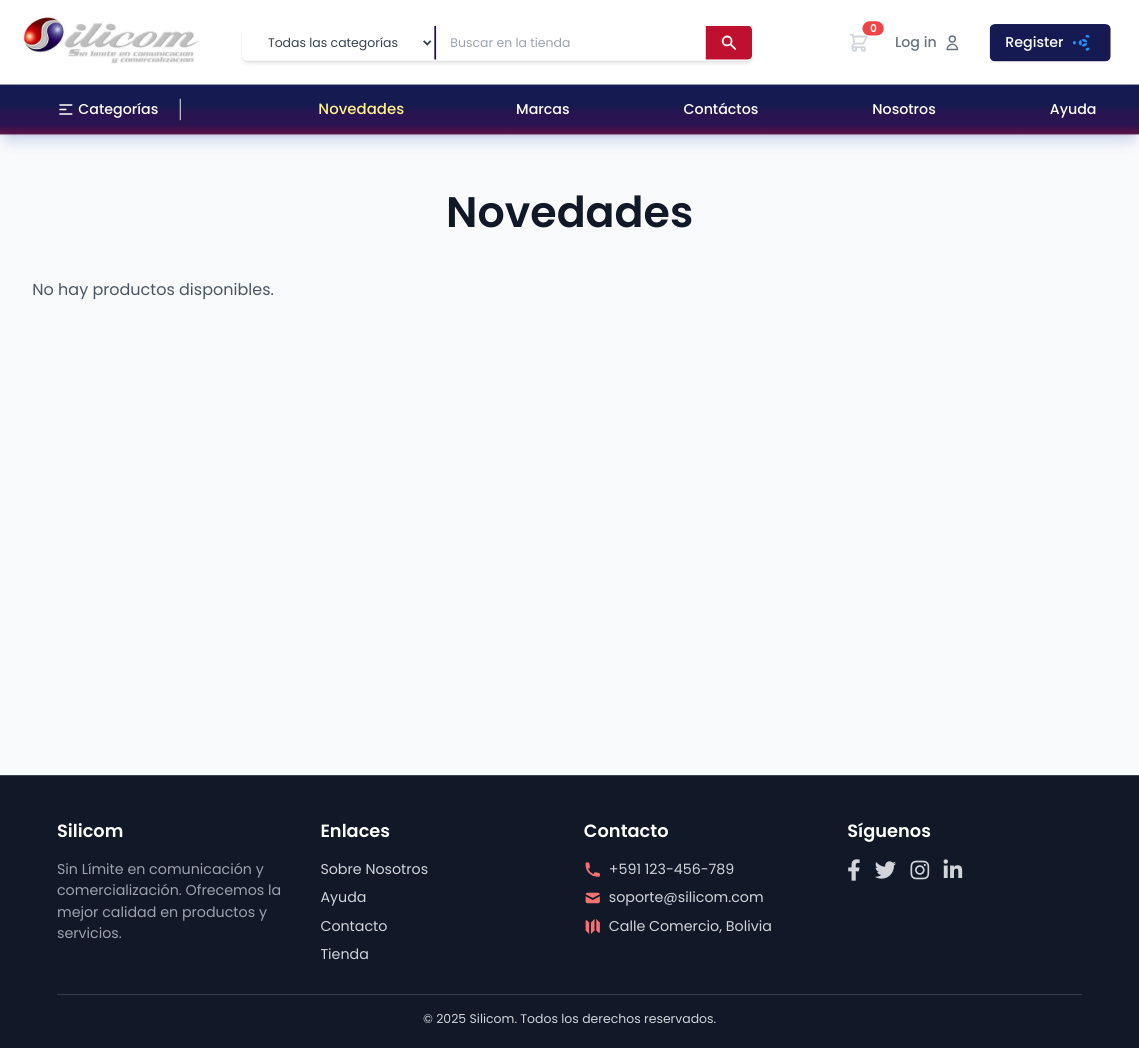
Repository: Francovg18/ecommerce
Page: /news
The author's editor kept a copy of each file at every save. The page is drawn from the files as they stood at one save, then again after the next save.
The browser window is 1280 px wide. The pictures show the whole page, at 89% of full size.
The page's requests for data from a server got no answer. The project was rebuilt for these pictures with package versions that can differ from the ones it lists, and the page was loaded fresh each time. No one was signed in, and anything a server would have sent is missing. Also part of the build but not shown: src/components/home/Banner.js, src/components/home/ProductsArrival.js, src/components/home/ProductsSold.js, src/redux/actions/brands.js, src/components/home/Brand.js, src/components/home/Product.js, src/containers/Home.jsx, src/containers/errors/Error404.jsx and 39 more.

Above is the page before, as saved 2025-01-29 20:41:13.

After the next save:
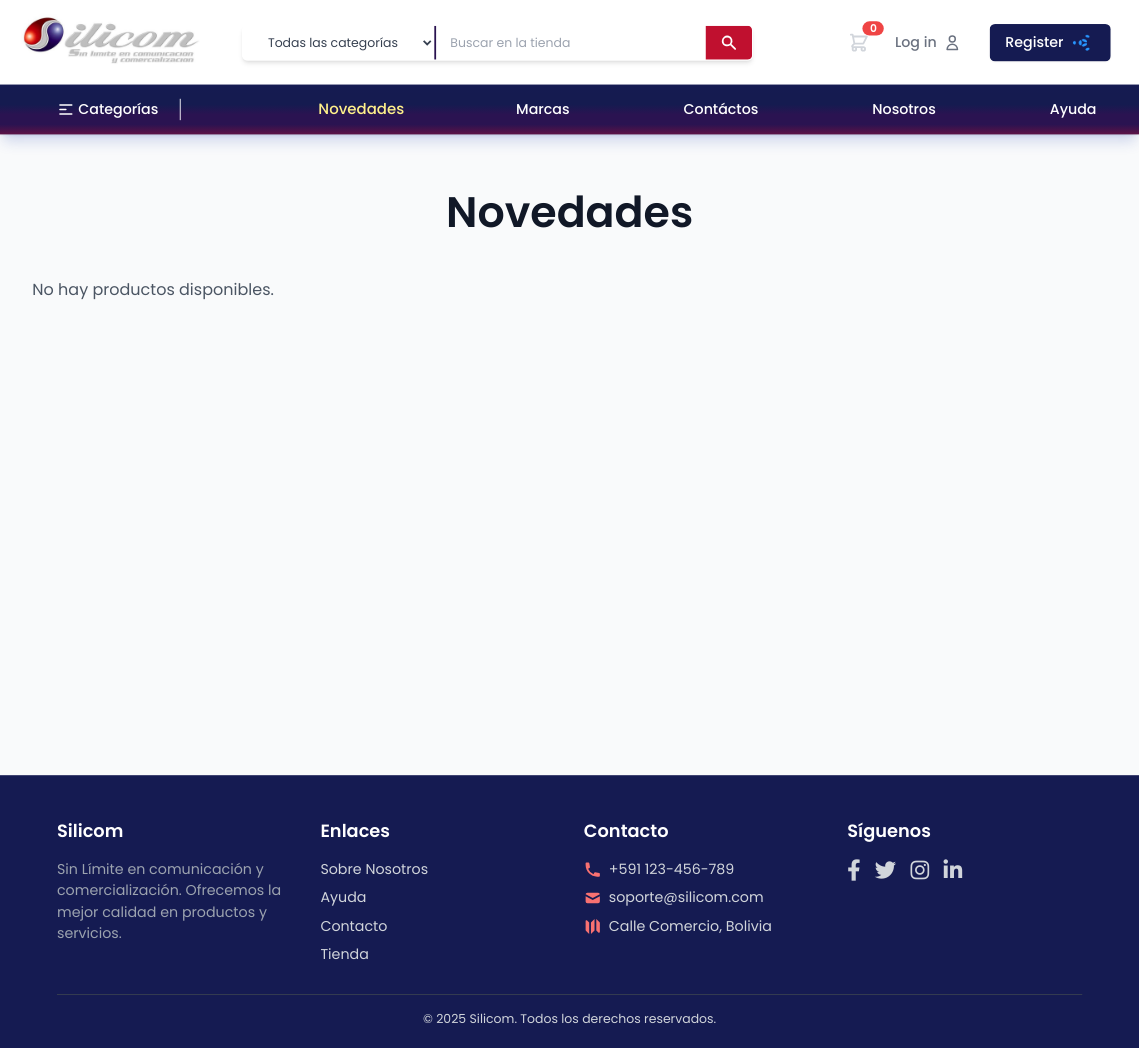
Saved 105 s later.
--- a/src/components/navigation/Footer.js
+++ b/src/components/navigation/Footer.js
@@ -3,7 +3,7 @@ import { MapIcon, PhoneIcon, MailIcon, GlobeAltIcon, ShoppingBagIcon, UserGroupI
 
 function Footer() {
   return (
-    <footer className="bg-gray-900 text-gray-300 pt-12 pb-6">
+    <footer className="bg-midnight-blue text-gray-300 pt-12 pb-6">
       <div className="max-w-7xl mx-auto px-6 lg:px-16">
         {/* Secciones del Footer */}
         <div className="grid grid-cols-1 sm:grid-cols-2 md:grid-cols-4 gap-8">
